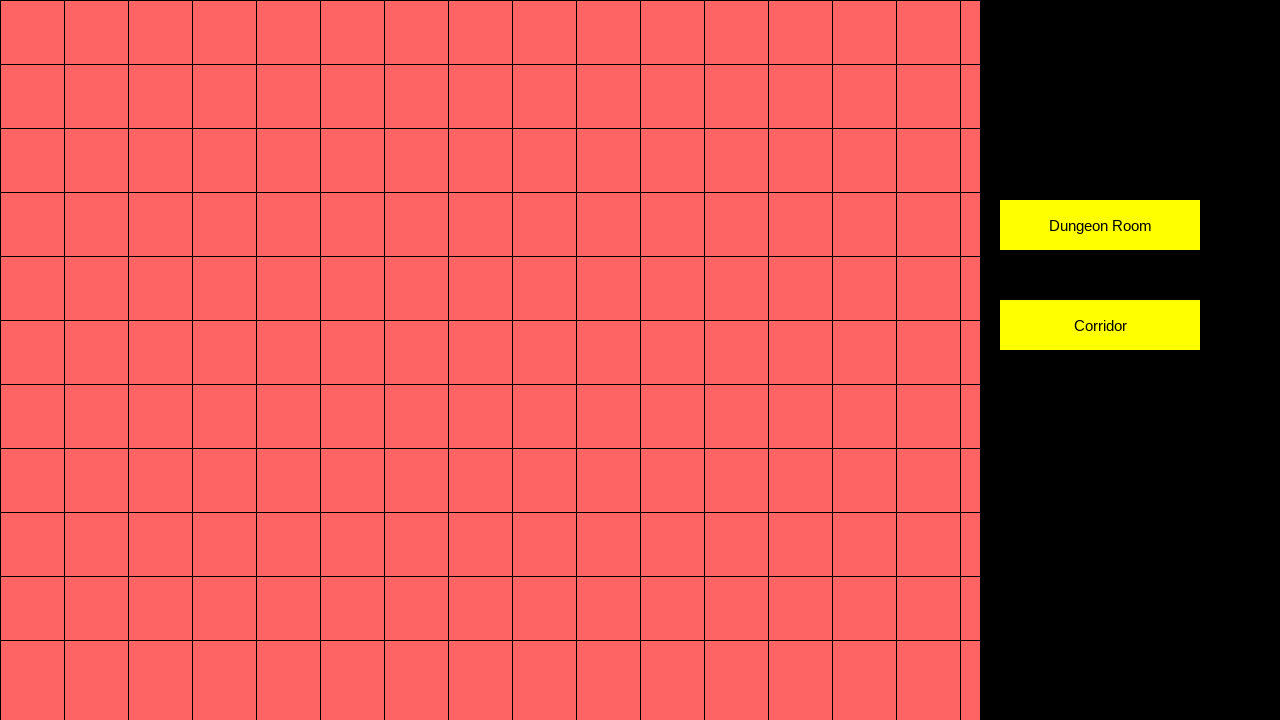
Repository: Nilabh-Bhowal/Dungeon-Game
Script's output: python editor.py
These files come from the project's save history. The script's output is drawn as it stood at one moment and after the next save; the edit follows.
The window is shown after at most 60 frames with no key pressed. A system font it names is replaced by a similar one. Random numbers start from a fixed seed.

Above is the script's output before, as saved 2023-06-15 15:20:34.

After the next save:
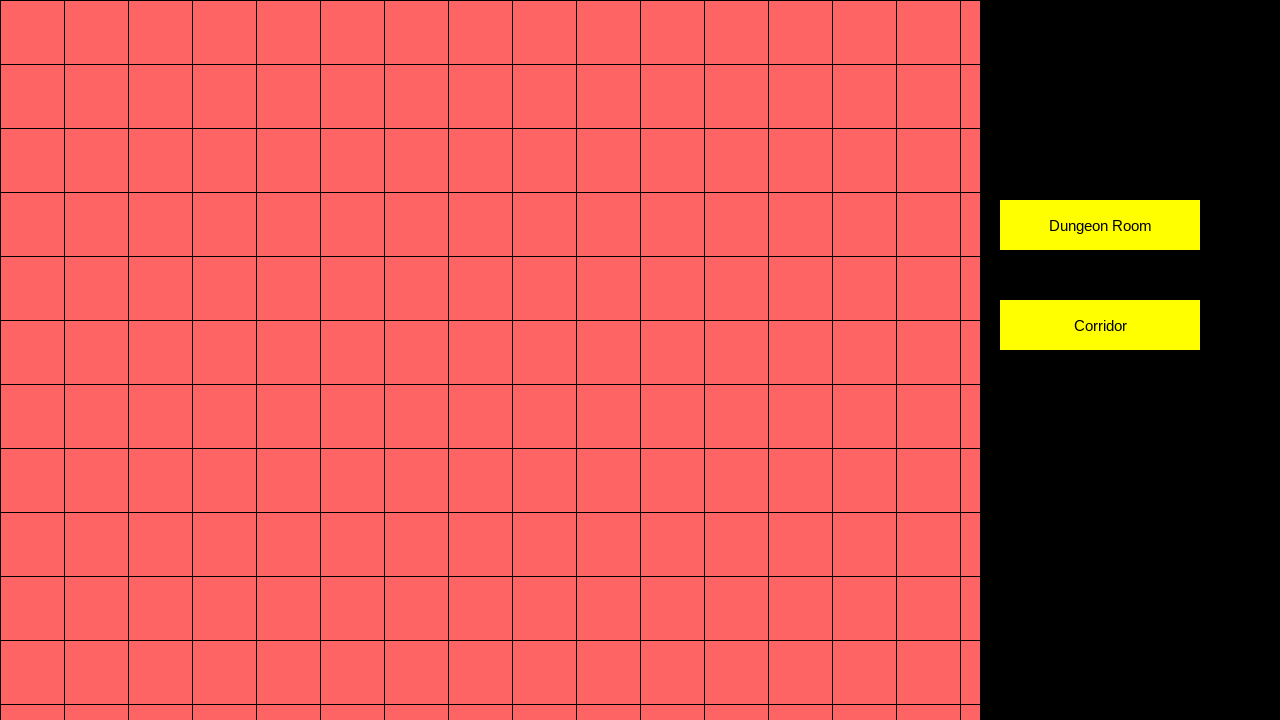
Saved 5 s later.
--- a/editor.py
+++ b/editor.py
@@ -99,7 +99,7 @@ while running:
         room.draw(screen, scroll)
     for i in range(16):
         pygame.draw.line(screen, (0, 0, 0), (i * 64, 0), (i * 64, 720))
-    for i in range(11):
+    for i in range(12):
         pygame.draw.line(screen, (0, 0, 0), (0, i * 64), (980, i * 64))
     pygame.draw.rect(screen, (0, 0, 0), (980, 0, 300, 720))
 
